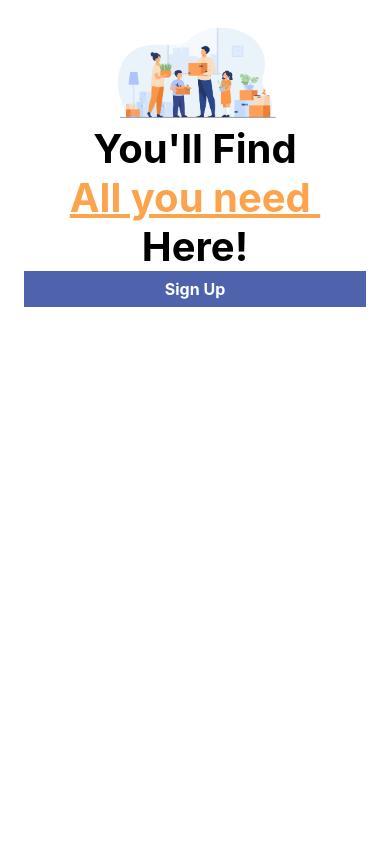
Repository: oscarMyerston/ProjectName
Screen: /
These files come from the project's save history. The screen is drawn as it stood at one moment and after the next save; the edit follows.
The app was drawn by React Native's web renderer in a window 390 px wide. The project was rebuilt for these pictures with package versions that can differ from the ones it lists, and the page was loaded fresh each time. Also part of the build but not shown: Chair.js, Table.js.

Above is the screen before, as saved 2024-06-02 21:25:49.

After the next save:
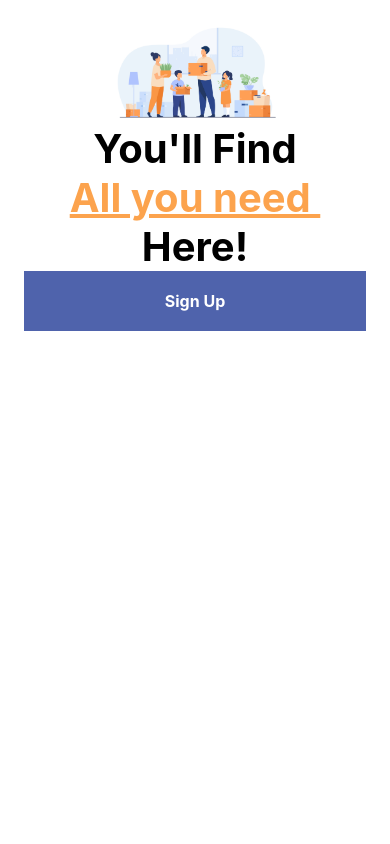
Saved 9 s later.
--- a/src/components/Button/style.js
+++ b/src/components/Button/style.js
@@ -3,7 +3,7 @@ import { StyleSheet } from "react-native"
 export const styles = StyleSheet.create({
   container: {
     backgroundColor: "#4F63AC",
-    padding: 8,
+    padding: 20,
   },
   title: {
     color: "#FFFFFF",
